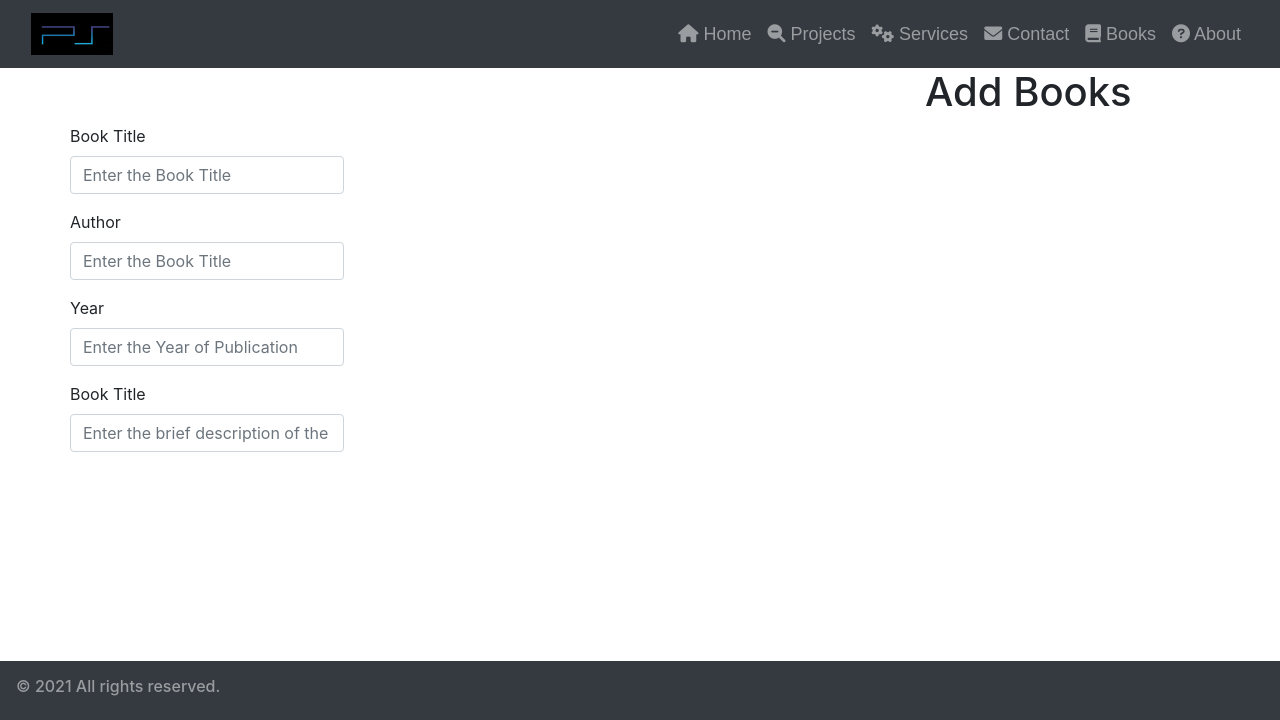
Repository: ParambirParambir/Assignment02
Page: http://localhost/book-list/add
An editor plug-in stored every save of this project. The page is shown before and after the next save, followed by the edit.
The browser window is 1280 px wide. The pictures show the whole page.
Some web libraries are served in a nearby version. The page is served by the project's Node server (server/config/app.js).

Above is the page before, as saved 2021-10-21 19:38:58.

After the next save:
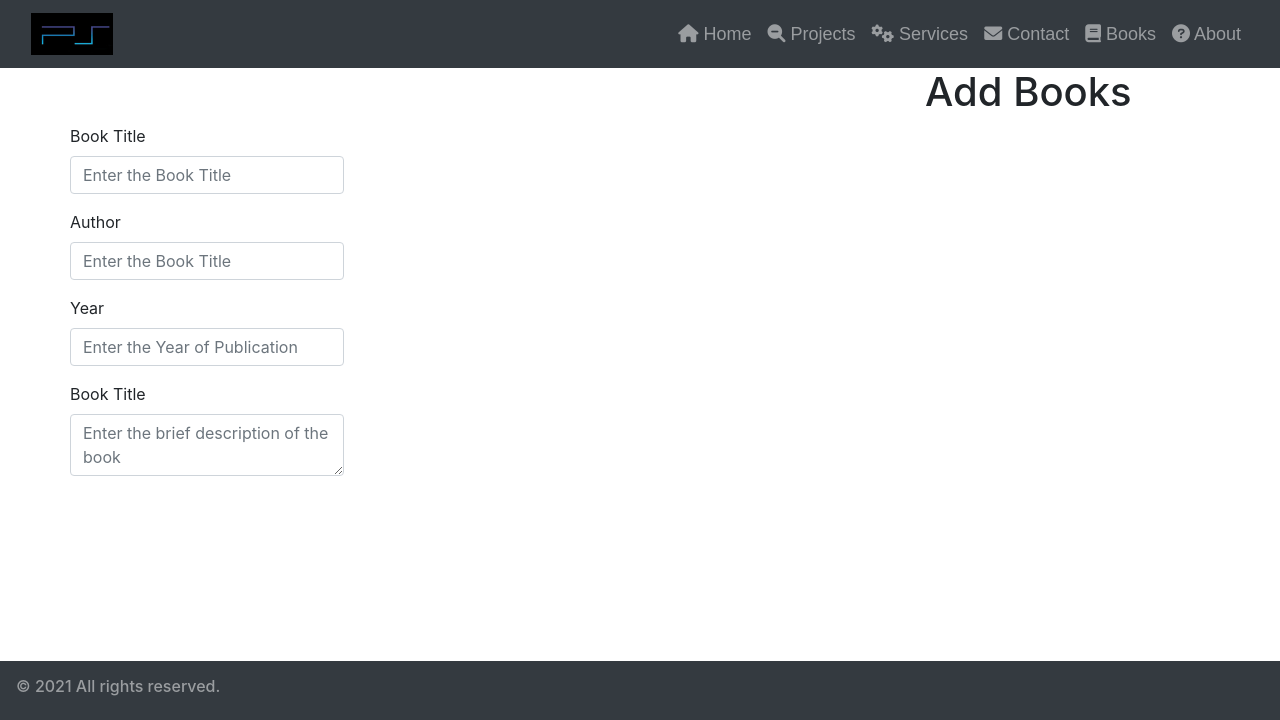
Saved 33 s later.
--- a/server/views/book/add.ejs
+++ b/server/views/book/add.ejs
@@ -26,7 +26,7 @@
 
             <div class="form-group">
                 <label for="descriptionTextArea">Book Title</label>
-                <input type="text" class="form-control" id="descriptionTextArea" placeholder="Enter the brief description of the book" name="name" required>
+                <textarea type="text" class="form-control" id="descriptionTextArea" placeholder="Enter the brief description of the book" name="name" required></textarea>
             </div>
 
     </div>
